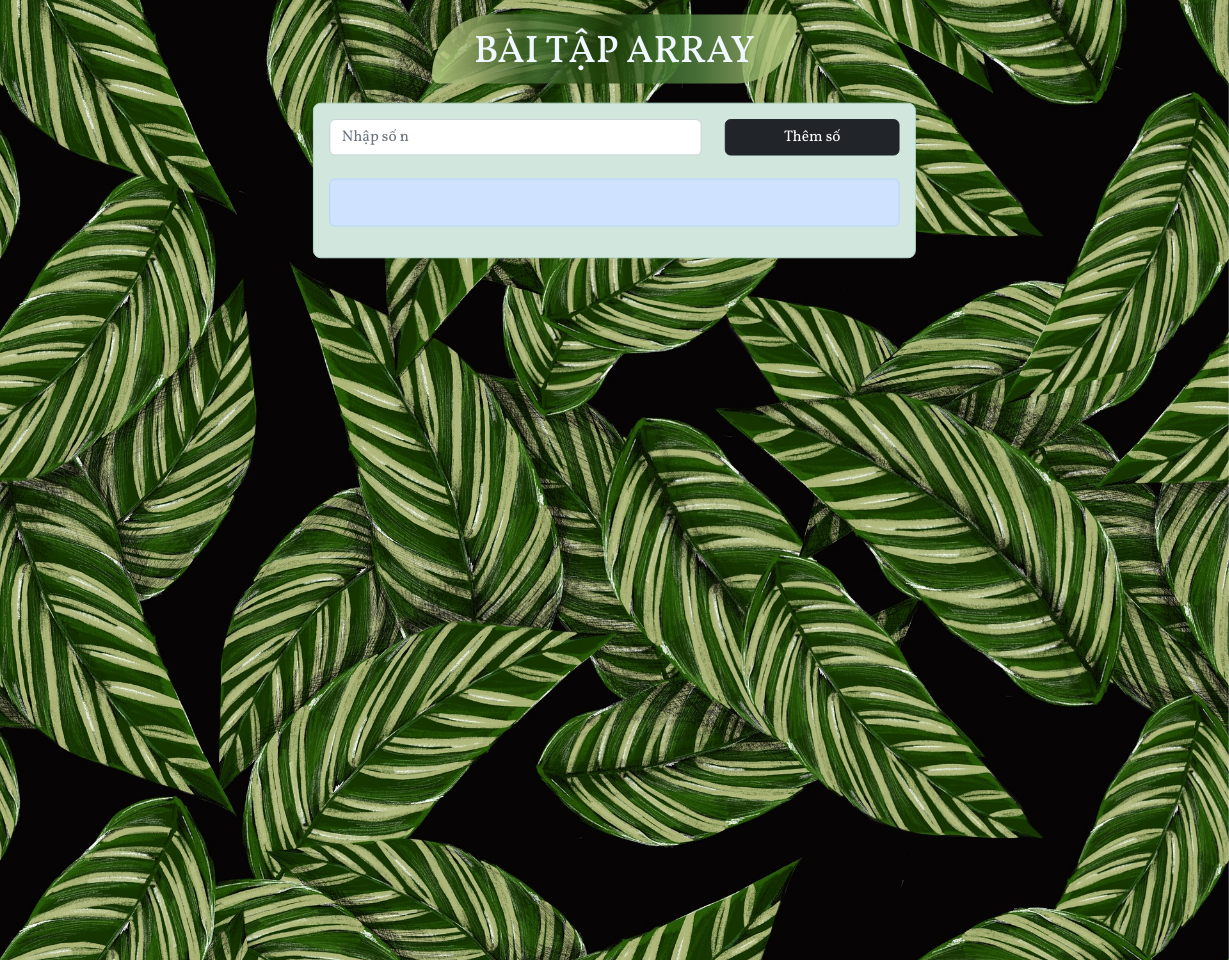
Repository: hcozyph/TranHuuPhuoc_BC43_BT_JS_Buoi7_8_ARRAY
Page: index.html
The author's editor kept a copy of each file at every save. The page is drawn from the files as they stood at one save, then again after the next save.
The browser window is 1280 px wide. The pictures show the whole page, at 96% of full size.

Above is the page before, as saved 2023-02-20 22:33:24.

### index.html
<!DOCTYPE html>
<html lang="en">
    <head>
        <title>BT Array</title>
        <!-- Required meta tags -->
        <meta charset="utf-8" />
        <meta
            name="viewport"
            content="width=device-width, initial-scale=1, shrink-to-fit=no"
        />
        <!-- font -->
        <link rel="preconnect" href="https://fonts.googleapis.com" />
        <link rel="preconnect" href="https://fonts.gstatic.com" crossorigin />
        <link
            href="https://fonts.googleapis.com/css2?family=Fraunces:ital,opsz,wght@0,9..144,600;0,9..144,700;1,9..144,300;1,9..144,400;1,9..144,500;1,9..144,600;1,9..144,700;1,9..144,800&family=Vollkorn:ital,wght@0,400;0,500;0,600;0,700;0,800;0,900;1,400;1,500;1,600;1,700;1,800;1,900&display=swap"
            rel="stylesheet"
        />
        <!-- Bootstrap CSS v5.2.1 -->
        <link
            href="https://cdn.jsdelivr.net/npm/bootstrap@5.2.1/dist/css/bootstrap.min.css"
            rel="stylesheet"
            integrity="sha384-iYQeCzEYFbKjA/T2uDLTpkwGzCiq6soy8tYaI1GyVh/UjpbCx/TYkiZhlZB6+fzT"
            crossorigin="anonymous"
        />

        <!-- index.css -->
        <link rel="stylesheet" href="./css/index.css" />
    </head>

    <body>
        <div class="container">
            <div class="bt-array-top">
                <div class="bt-array-title pt-2">
                    <h1 class="text-center p-2">BÀI TẬP ARRAY</h1>
                </div>

                <div
                    class="alert alert-success w-50 text-center d-block rounded-3"
                    style="margin: 20px auto"
                >
                    <div class="row row-cols-3">
                        <div class="col-8">
                            <input
                                id="user-input"
                                type="number"
                                class="form-control"
                                placeholder="Nhập số n"
                                style="height: 100%"
                            />
                        </div>
                        <div class="col">
                            <button
                                id="user-btn"
                                class="btn btn-dark"
                                style="height: 100%; width: 100%"
                            >
                                Thêm số
                            </button>
                        </div>
                    </div>

                    <div class="row mt-4">
                        <div class="col">
                            <div class="alert alert-primary p-4"></div>
                        </div>
                    </div>
                </div>
            </div>

            <div class="bt-array-content">
                <div class=""></div>
                <div class="bt1"></div>
            </div>
        </div>

        <!-- Bootstrap JavaScript Libraries -->
        <script
            src="https://cdn.jsdelivr.net/npm/@popperjs/core@2.11.6/dist/umd/popper.min.js"
            integrity="sha384-oBqDVmMz9ATKxIep9tiCxS/Z9fNfEXiDAYTujMAeBAsjFuCZSmKbSSUnQlmh/jp3"
            crossorigin="anonymous"
        ></script>

        <script
            src="https://cdn.jsdelivr.net/npm/bootstrap@5.2.1/dist/js/bootstrap.min.js"
            integrity="sha384-7VPbUDkoPSGFnVtYi0QogXtr74QeVeeIs99Qfg5YCF+TidwNdjvaKZX19NZ/e6oz"
            crossorigin="anonymous"
        ></script>

        <!-- method.js -->
        <link rel="stylesheet" href="./js/method.js" />

        <!-- index.js -->
        <script src="./js/index.js"></script>
    </body>
</html>

### css/index.css
* {
    margin: 0;
    padding: 0;
    box-sizing: border-box;
    font-family: "Fraunces", serif;
    font-family: "Vollkorn", serif;
}

.container {
    margin: 0 auto;
    max-width: 1440px;

    background-image: url(../img/2.jpg);
    background-size: cover;
    background-position: center;
    background-repeat: no-repeat;

    height: 1000px;
    padding-top: 15px;
}

.bt-array-title {
    display: block;
    width: 380px;
    margin: 0 auto;
    border-radius: 80px 10px 80px 10px;

    font-size: 40px;
    font-weight: 700;
    /* background-color: red; */
    color: aliceblue;
    background: rgb(156, 173, 110);
    background: linear-gradient(
        90deg,
        rgba(198, 219, 142, 0.8) 0%,
        rgba(156, 173, 110, 0.8) 10%,
        rgba(60, 94, 39, 0.8) 25%,
        rgba(68, 112, 49, 0.8) 29%,
        rgba(27, 57, 5, 0.8) 49%,
        rgba(66, 114, 50, 0.8) 63%,
        rgba(90, 139, 69, 0.8) 74%,
        rgba(184, 203, 130, 0.8) 95%
    );
}

/* .bt-array-content {
} */

Loaded but not shown: js/index.js (no copy from this time; the picture is the same without it); js/method.js (no stored copy; drawn as an empty file)

After the next save:
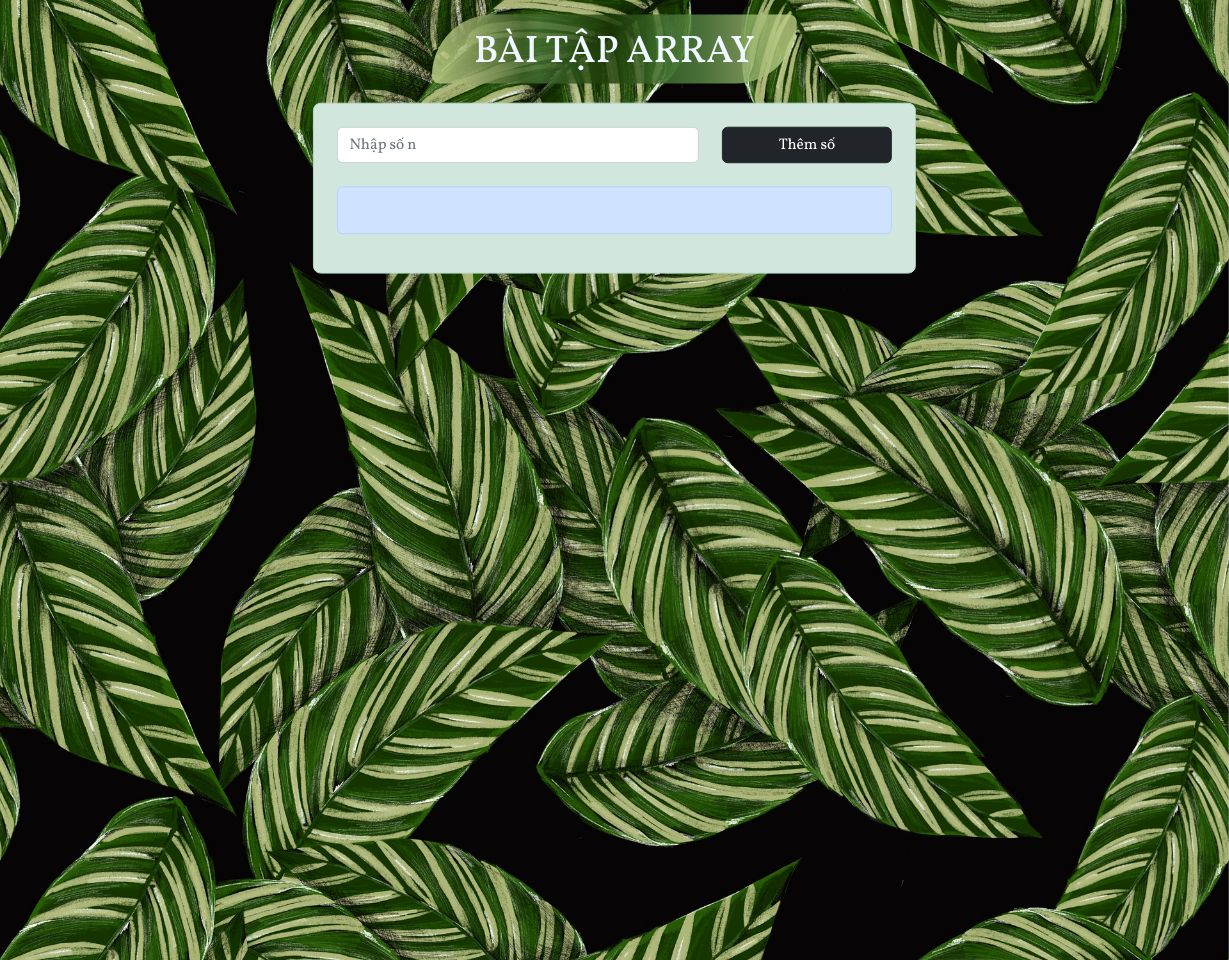
Saved 19 s later.
--- a/index.html
+++ b/index.html
@@ -35,7 +35,7 @@
                 </div>
 
                 <div
-                    class="alert alert-success w-50 text-center d-block rounded-3"
+                    class="alert alert-success w-50 text-center d-block rounded-3 p-xl-4"
                     style="margin: 20px auto"
                 >
                     <div class="row row-cols-3">
